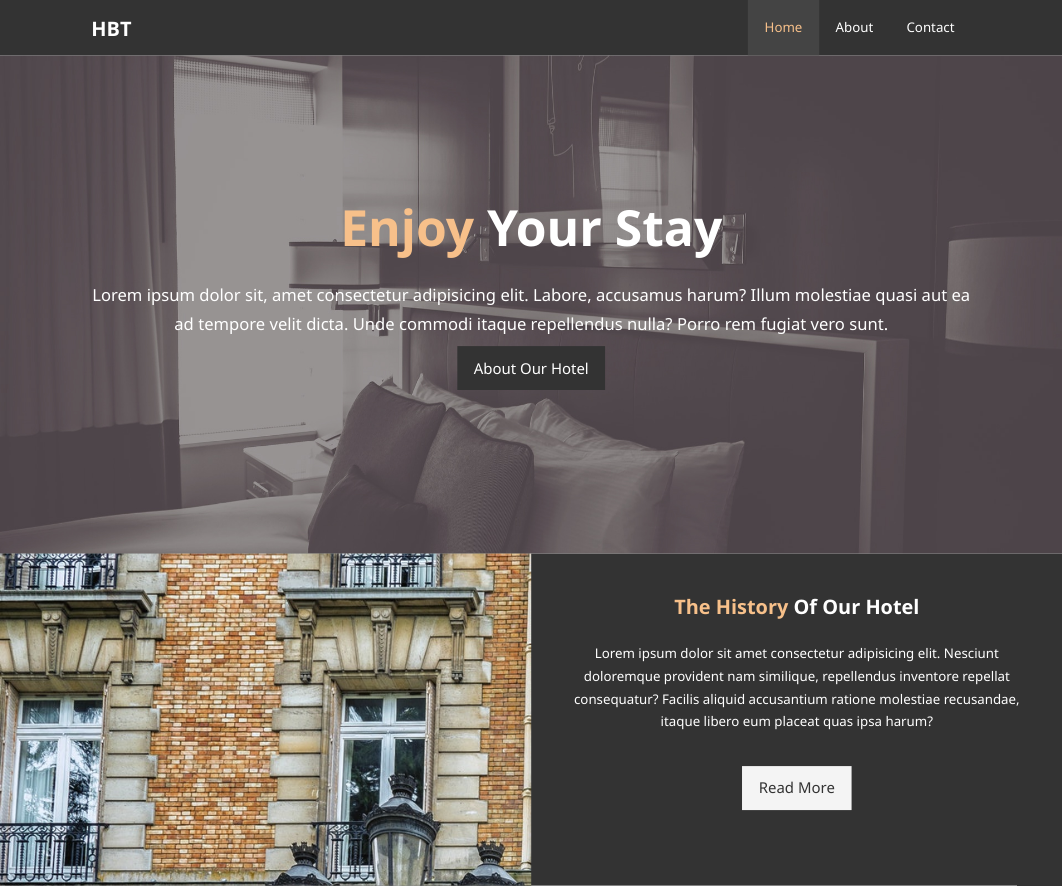
Repository: minhtien9/hotel-website
Page: index.html
The author's editor kept a copy of each file at every save. The page is drawn from the files as they stood at one save, then again after the next save.
The browser window is 1280 px wide. The pictures show the whole page, at 83% of full size.

Above is the page before, as saved 2021-08-14 11:54:43.

After the next save:
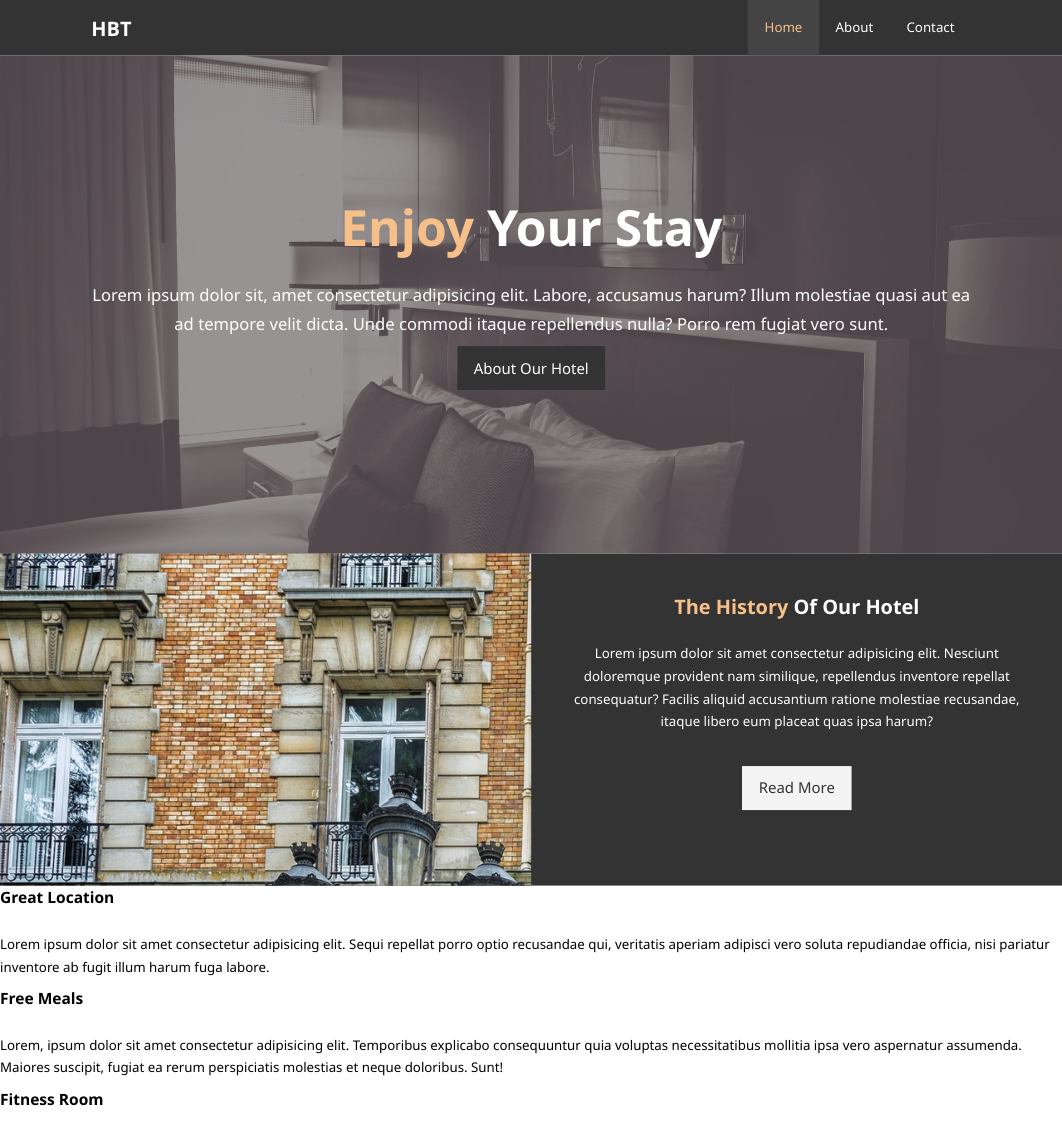
Saved 5 h 56 min later.
--- a/index.html
+++ b/index.html
@@ -46,6 +46,24 @@
             <a href="about.html" class="btn btn-light">Read More</a>
         </div>
     </section>
+
+    <section id="features">
+        <div class="box">
+            <h3>Great Location</h3>
+            <p>
+                Lorem ipsum dolor sit amet consectetur adipisicing elit. Sequi repellat porro optio recusandae qui, veritatis aperiam adipisci vero soluta repudiandae officia, nisi pariatur inventore ab fugit illum harum fuga labore.
+            </p>
+        </div>
+        <div class="box">
+            <h3>Free Meals</h3>
+            <p>
+                Lorem, ipsum dolor sit amet consectetur adipisicing elit. Temporibus explicabo consequuntur quia voluptas necessitatibus mollitia ipsa vero aspernatur assumenda. Maiores suscipit, fugiat ea rerum perspiciatis molestias et neque doloribus. Sunt!
+            </p>
+        </div>
+        <div class="box">
+            <h3>Fitness Room</h3>
+        </div>
+    </section>
 </body>
 
 </html>
